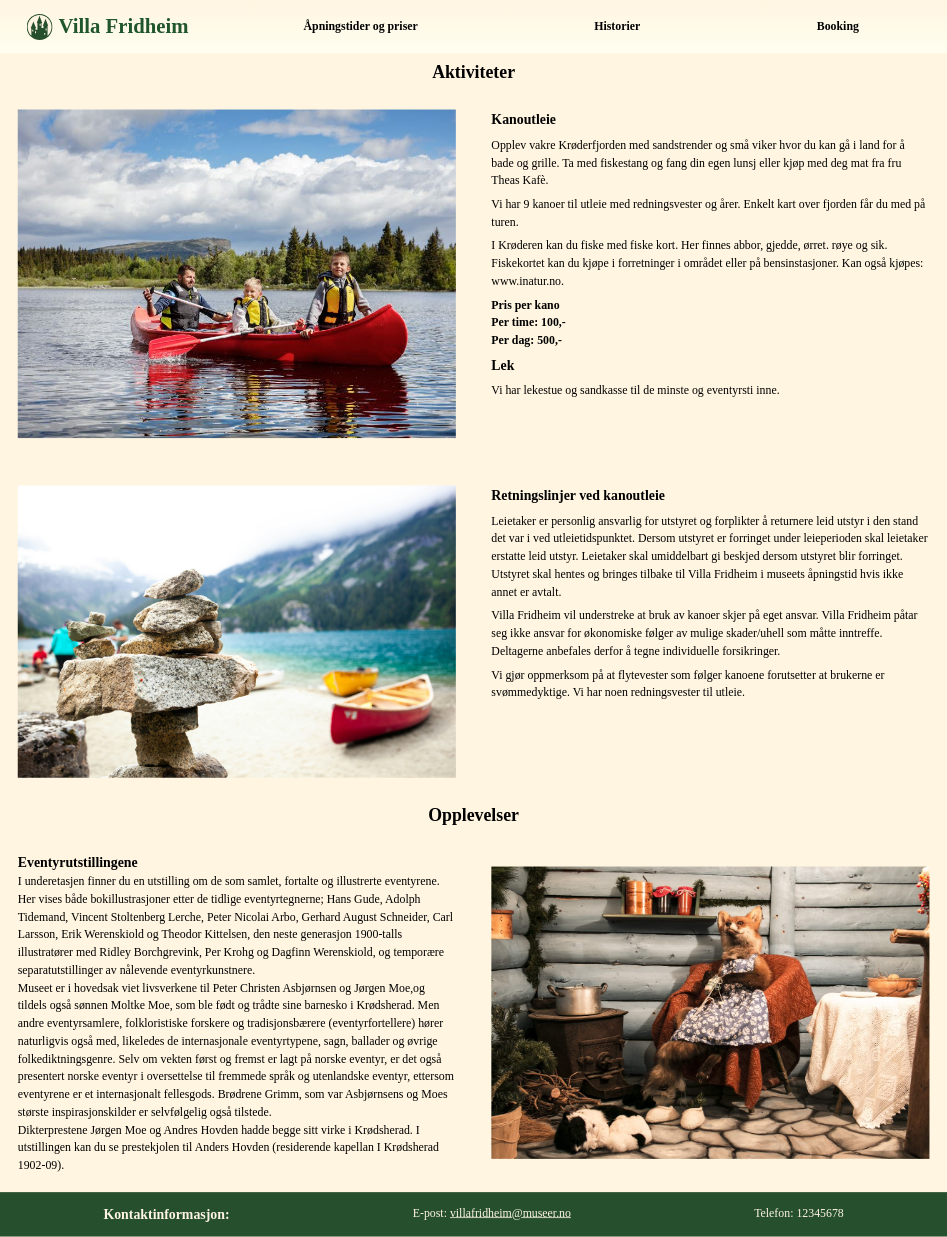
Repository: IdaHolmen/villa-fridheim
Page: src/activities.html
The author's editor kept a copy of each file at every save. The page is drawn from the files as they stood at one save, then again after the next save.
The browser window is 1280 px wide. The pictures show the whole page, at 74% of full size.
Some web fonts or font styles are not loaded; a fallback is used.

Above is the page before, as saved 2024-10-12 16:45:36.

After the next save:
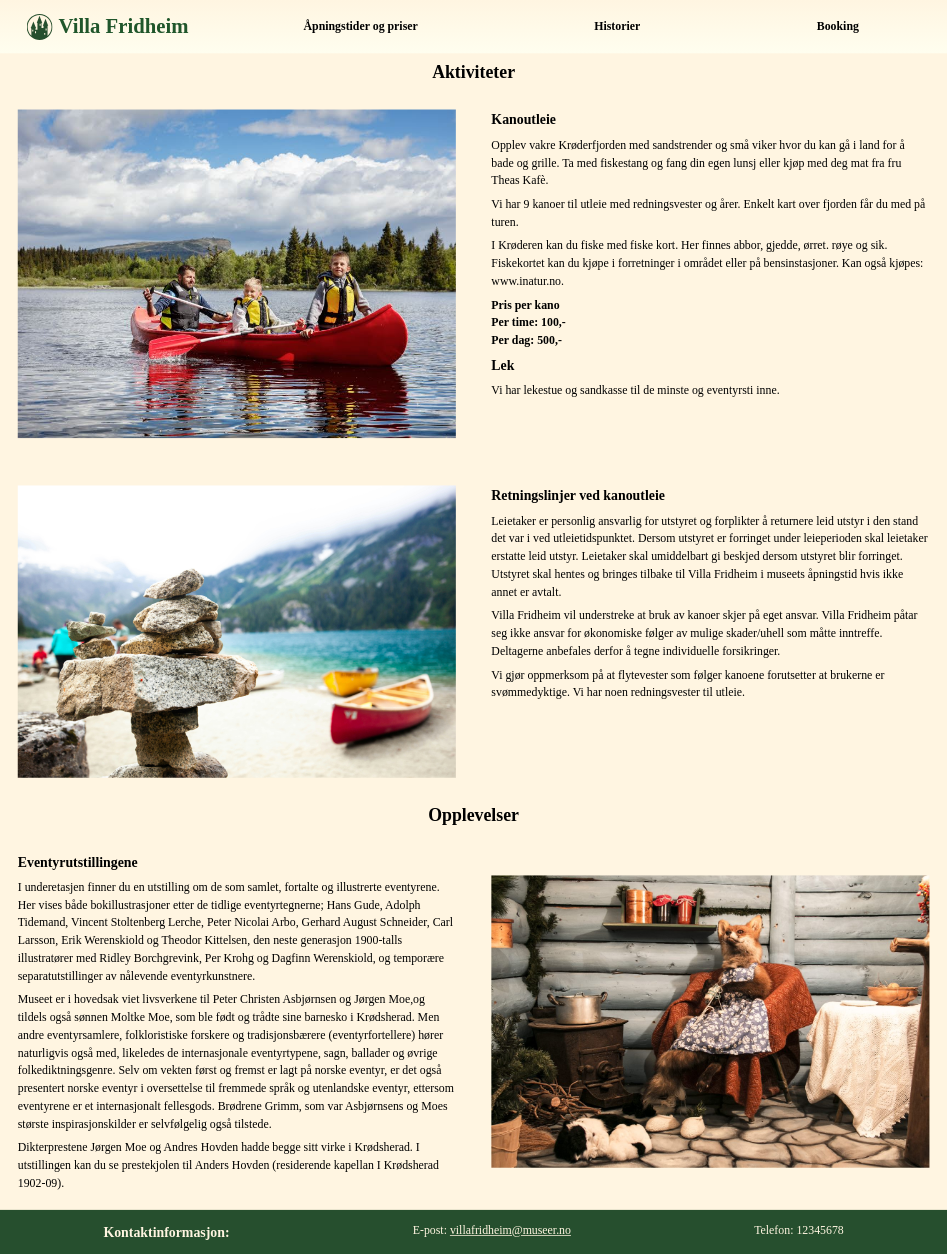
Saved 71 s later.
--- a/css/style.css
+++ b/css/style.css
@@ -179,7 +179,8 @@ header {
     flex-direction: column;
 }
 
-.activities > p {
+.activities > p,
+.experiences > p {
     margin-top: 0.5rem;
 }
 
